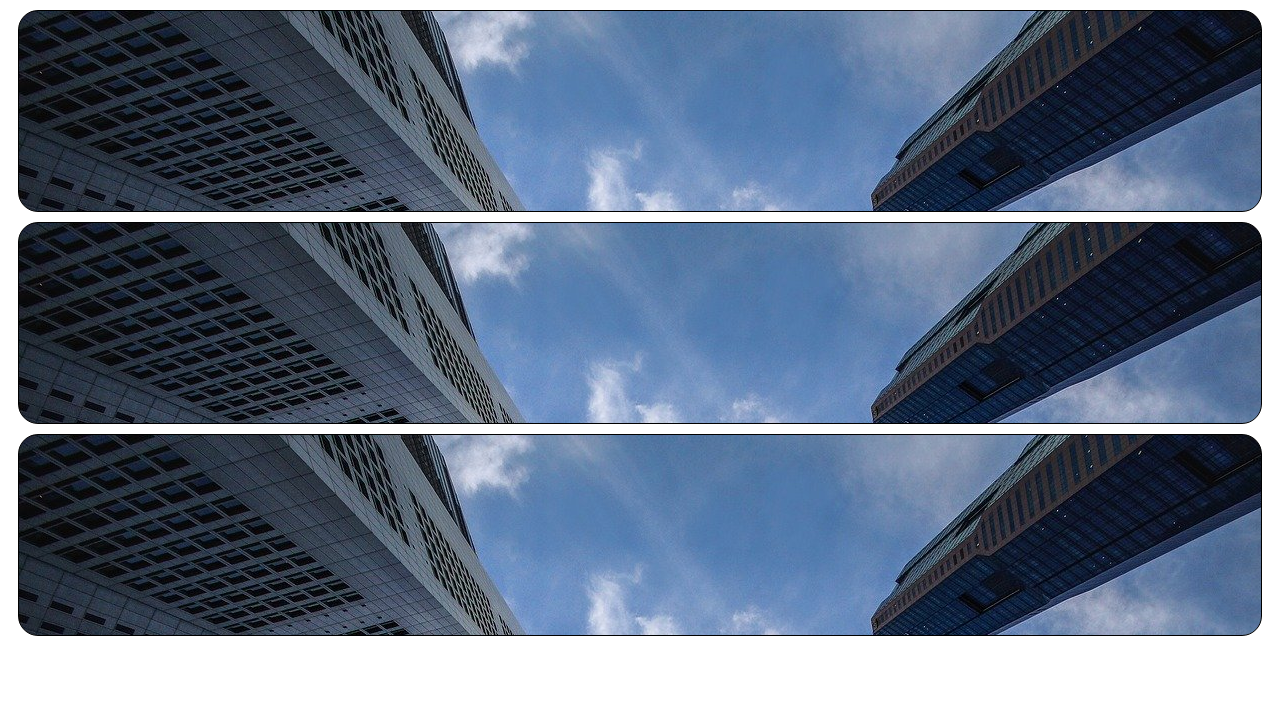
Repository: gustavotwist/html-css
Page: ex22/fundo02.html
These files come from the project's save history. The page is drawn as it stood at one moment and after a run of saves; the edit follows.
The browser window is 1280 px wide. The pictures show the whole page.

Above is the page before, as saved 2024-04-10 22:47:46.

After the next 2 saves:
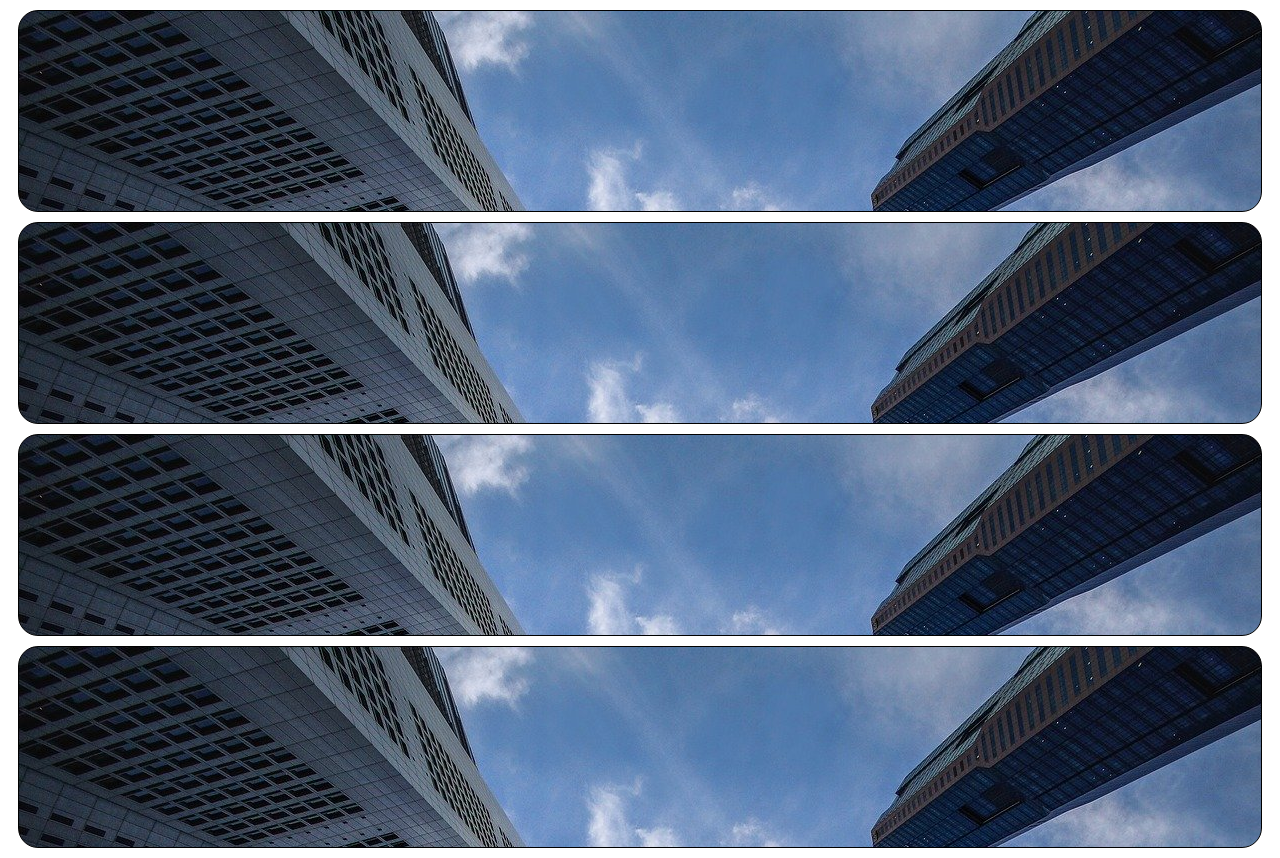
The 2 saves are shown as one change because they came seconds apart.
The last was saved 32 s later.
--- a/ex22/fundo02.html
+++ b/ex22/fundo02.html
@@ -40,5 +40,8 @@
    <div class="bloco">
 
    </div>
+   <div class="bloco">
+
+   </div>
 </body>
 </html>
